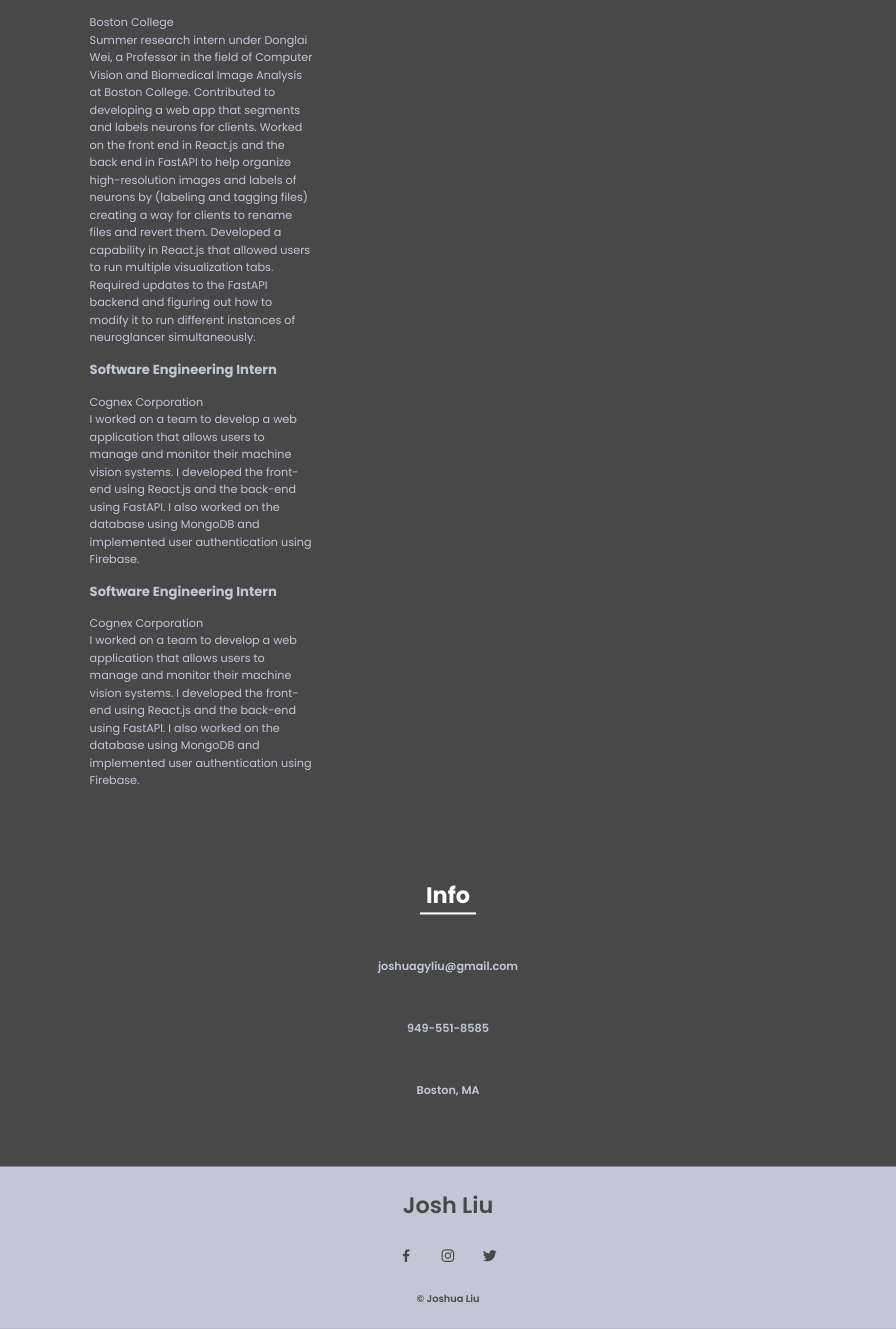
Repository: joshliu14/joshliu14.github.io
Page: index.html
These files come from the project's save history. The page is drawn as it stood at one moment and after the next save; the edit follows.
The browser window is 1280 px wide. The pictures show the part of the page from y = 2418 to 4338 px (the page is 4317 px tall before and 4342 px after), at 70% of full size.

Above is the page before, as saved 2024-02-01 00:33:46.

After the next save:
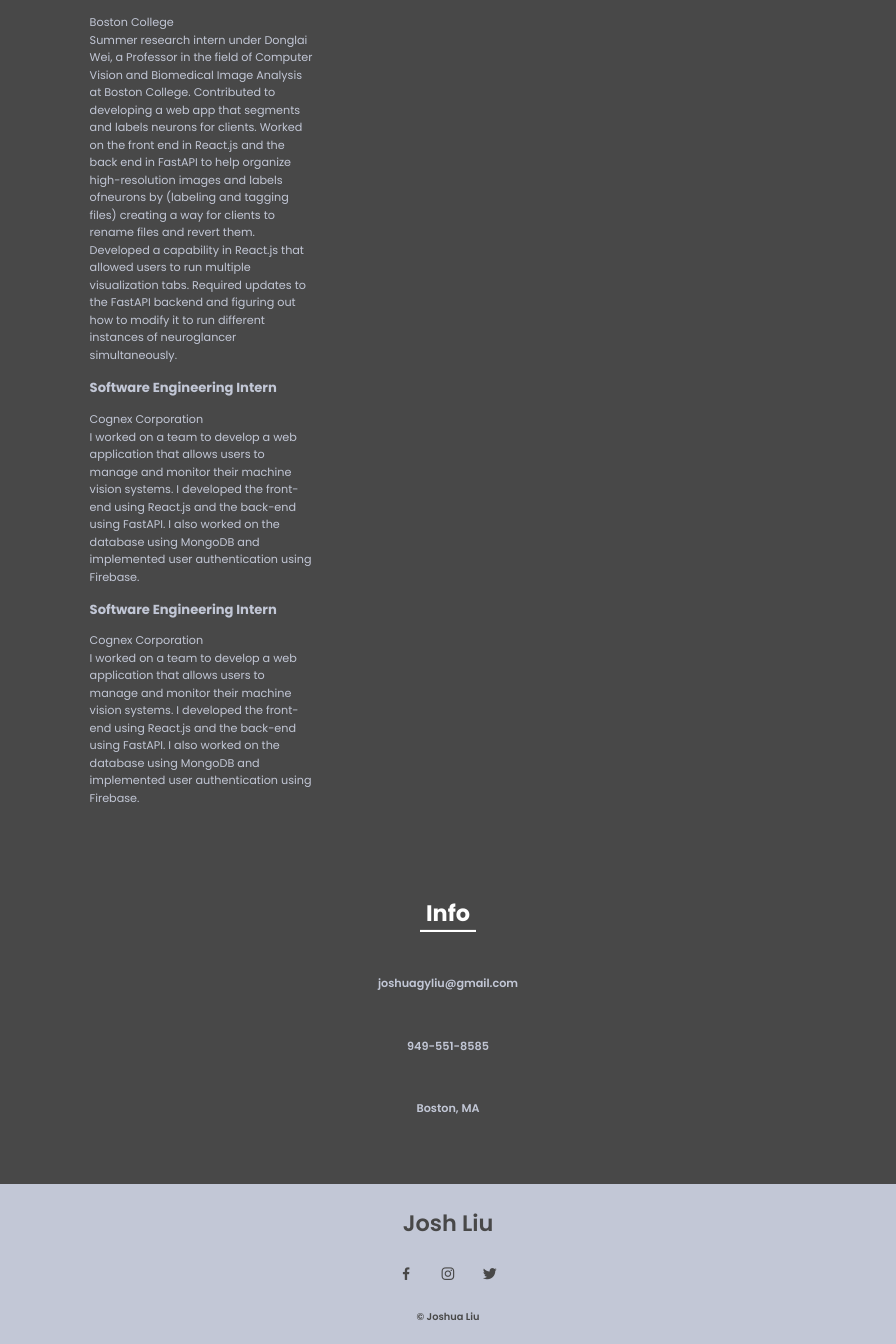
Saved 15 s later.
--- a/index.html
+++ b/index.html
@@ -236,8 +236,7 @@
                 <h3 class="work__title">Software Engineering Intern</h3>
                 <span class="work__subtitle">Boston College</span>
                 <p class="work__description">
-                    Summer research intern under Donglai Wei, a Professor in the field of Computer Vision and Biomedical Image Analysis at Boston College. Contributed to developing a web app that segments and labels neurons for clients. Worked on the front end in React.js and the back end in FastAPI to help organize high-resolution images and labels of
-neurons by (labeling and tagging files) creating a way for clients to rename files and revert them. Developed a capability in React.js that allowed users to run multiple visualization tabs. Required updates to the FastAPI backend and figuring out how to modify it to run different instances of neuroglancer simultaneously.
+                    Summer research intern under Donglai Wei, a Professor in the field of Computer Vision and Biomedical Image Analysis at Boston College. Contributed to developing a web app that segments and labels neurons for clients. Worked on the front end in React.js and the back end in FastAPI to help organize high-resolution images and labels ofneurons by (labeling and tagging files) creating a way for clients to rename files and revert them. Developed a capability in React.js that allowed users to run multiple visualization tabs. Required updates to the FastAPI backend and figuring out how to modify it to run different instances of neuroglancer simultaneously.
                 </p>
                 </div>
                 <div>
